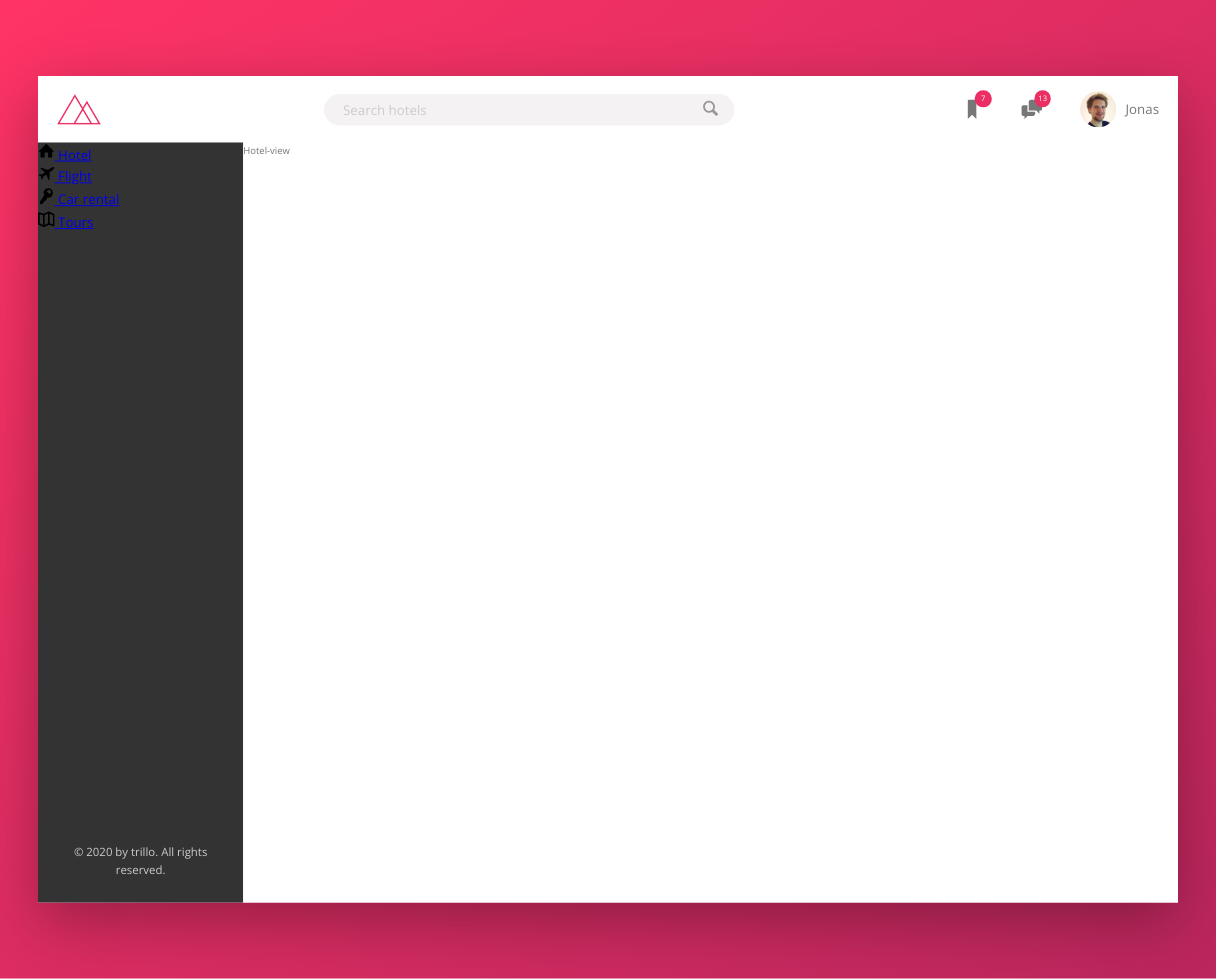
Repository: Lithium87/Trillo
Page: index.html
These files come from the project's save history. The page is drawn as it stood at one moment and after the next save; the edit follows.
The browser window is 1280 px wide. The pictures show the whole page, at 95% of full size.
The style sheet was rebuilt from its Sass, Less or Tailwind sources for each picture, by a compiler version that may differ from the author's.

Above is the page before, as saved 2020-05-16 00:06:29.

### index.html
<!DOCTYPE html>
<html lang="en">

<head>
    <meta charset="UTF-8">
    <meta name="viewport" content="width=device-width, initial-scale=1.0">

    <link href="https://fonts.googleapis.com/css?family=Open+Sans:300,400,600" rel="stylesheet">
    <link rel="stylesheet" href="css/style.css">
    <link rel="shortcut icon" type="image/png" href="img/favicon.png">

    <title>trillo &mdash; Your all-in-one booking app</title>
</head>

<body>
    <div class="container">
        <header class="header">
            <img src="img/logo.png" alt="Trillo logo" class="logo">
            <form action="#" class="search">
                <input type="text" class="search__input" placeholder="Search hotels">
                <button class="search__button">
                    <svg class="search__icon">
                        <use xlink:href="img/sprite.svg#icon-magnifying-glass"></use>
                    </svg>
                </button>
            </form>

            <nav class="user-nav">
                <div class="user-nav__icon-box">
                    <svg class="user-nav__icon">
                        <use xlink:href="img/sprite.svg#icon-bookmark"></use>
                    </svg>
                    <span class="user-nav__notification">7</span>
                </div>
                <div class="user-nav__icon-box">
                    <svg class="user-nav__icon">
                        <use xlink:href="img/sprite.svg#icon-chat"></use>
                    </svg>
                    <span class="user-nav__notification">13</span>
                </div>
                <div class="user-nav__user">
                    <img src="img/user.jpg" alt="User photo" class="user-nav__user-photo">
                    <span class="user-nav__user-name">Jonas</span>
                </div>
            </nav>
        </header>
        <div class="content">
            <nav class="sidebar">
                <ul class="side-nav">
                    <li class="side-nav__item">
                        <a href="#" class="side-nav__link">
                            <svg class="side-nav__icon">
                                <use xlink:href="img/stripe.svg#icon-home"></use>
                            </svg>
                            <span>Hotel</span>
                        </a>
                    </li>
                    <li class="side-nav__item">
                        <a href="#" class="side-nav__link">
                            <svg class="side-nav__icon">
                                <use xlink:href="img/stripe.svg#icon-aircraft"></use>
                            </svg>
                            <span>Flight</span>
                        </a>
                    </li>
                    <li class="side-nav__item">
                        <a href="#" class="side-nav__link">
                            <svg class="side-nav__icon">
                                <use xlink:href="img/stripe.svg#icon-key"></use>
                            </svg>
                            <span>Car rental</span>
                        </a>
                    </li>
                    <li class="side-nav__item">
                        <a href="#" class="side-nav__link">
                            <svg class="side-nav__icon">
                                <use xlink:href="img/stripe.svg#icon-map"></use>
                            </svg>
                            <span>Tours</span>
                        </a>
                    </li>
                </ul>
                <div class="legal">
                    &copy; 2020 by trillo. All rights reserved.
                </div>
            </nav>
            <main class="hotel-view">
                Hotel-view
            </main>
        </div>
    </div>
</body>

</html>

### sass/_base.scss
:root {
    --color-primary: #eb2f64;
    --color-primary-light: #FF3366;
    --color-primary-dark: #BA265D;
    --color-grey-light-1: #faf9f9;
    --color-grey-light-2: #f4f2f2;
    --color-grey-light-3: #f0eeee;
    --color-grey-light-4: #ccc;
    --color-grey-dark-1: #333;
    --color-grey-dark-2: #777;
    --color-grey-dark-3: #999;
    --shadow-dark: 0 2rem 6rem rgba(0, 0, 0, .3);
}

* {
    margin: 0;
    padding: 0;
}

*,
*::before,
*::after {
    box-sizing: inherit;
}

html {
    box-sizing: border-box;
    font-size: 62.5%; // 1rem = 10px
}

body {
    font-family: 'Open Sans', sans-serif;
    font-weight: 400;
    line-height: 1.6;
    color: var(--color-grey-dark-2);
    background-image: linear-gradient(to right bottom, var(--color-primary-light), var(--color-primary-dark));
    background-size: cover;
    background-repeat: no-repeat;
    min-height: 100vh;
}

### sass/_layout.scss
.container {
    max-width: 120rem;
    margin: 8rem auto;
    background-color: var(--color-grey-light-1);
    box-shadow: var(--shadow-dark);
    min-height: 50rem;
}

.header {
    font-size: 1.4rem;
    height: 7rem;
    background-color: #fff;
    border-bottom: var(--color-grey-light-2);
    display: flex;
    justify-content: space-between;
    align-items: center;
}

.content {
    display: flex;
}

.sidebar {
    background-color: var(--color-grey-dark-1);
    flex: 0 0 18%;
    display: flex;
    flex-direction: column;
    justify-content: space-between;
}

.hotel-view {
    background-color: #fff;
    flex: 1;
    height: 80rem;
}

### sass/_components.scss
///////////////////////
//LOGO
.logo {
    height: 3.25rem;
    margin-left: 2rem;
}

///////////////////////
//SEARCH BOX
.search {
    flex: 0 0 40%;
    display: flex;
    align-items: center;
    justify-content: center;
    &__input {
        font-family: inherit;
        font-size: inherit;
        color: inherit;
        background-color: var(--color-grey-light-2);
        border: none;
        padding: .7rem 2rem;
        border-radius: 100px;
        width: 90%;
        transition: all .2s;
        margin-right: -3.5rem;
        &:focus {
            outline: none;
            width: 100%;
            background-color: var(--color-grey-light-3);
        }
        &::-webkit-input-placeholder {
            font-weight: 100;
            color: var(--color-grey-light-4);
        }
    }
    &__input:focus+&__button {
        background-color: var(--color-grey-light-3);
    }
    &__button {
        border: none;
        background-color: var(--color-grey-light-2);
        &:focus {
            outline: none;
        }
        &:active {
            transform: translateY(2px);
        }
    }
    &__icon {
        height: 2rem;
        width: 2rem;
        fill: var(--color-grey-dark-3);
    }
}

///////////////////////
//USER NAVIGATION
.user-nav {
    align-self: stretch;
    display: flex;
    align-items: center;
    &>* {
        padding: 0 2rem;
        cursor: pointer;
        height: 100%;
        display: flex;
        align-items: center;
    }
    &>*:hover {
        background-color: var(--color-grey-light-2);
    }
    &__icon-box {
        position: relative;
    }
    &__icon {
        height: 2.25rem;
        width: 2.25rem;
        fill: var(--color-grey-dark-2);
    }
    &__notification {
        font-size: .8rem;
        height: 1.75rem;
        width: 1.75rem;
        border-radius: 50%;
        background-color: var(--color-primary);
        color: #fff;
        position: absolute;
        top: 1.5rem;
        right: 1.1rem;
        display: flex;
        justify-content: center;
        align-items: center;
    }
    &__user-photo {
        height: 3.75rem;
        border-radius: 50%;
        margin-right: 1rem;
    }
}

///////////////////////
//SIDE NAVIGATION
.side-nav {
    font-size: 1.4rem;
    list-style: none;
    &__item {}
    &__link {}
    &__icon {
        width: 1.75rem;
        height: 1.75rem;
    }
}

///////////////////////
//LEGAL TEXT
.legal {
    font-size: 1.2rem;
    color: var(--color-grey-light-4);
    text-align: center;
    padding: 2.5rem;
}

Loaded but not shown: sass/main.scss (common file)

After the next save:
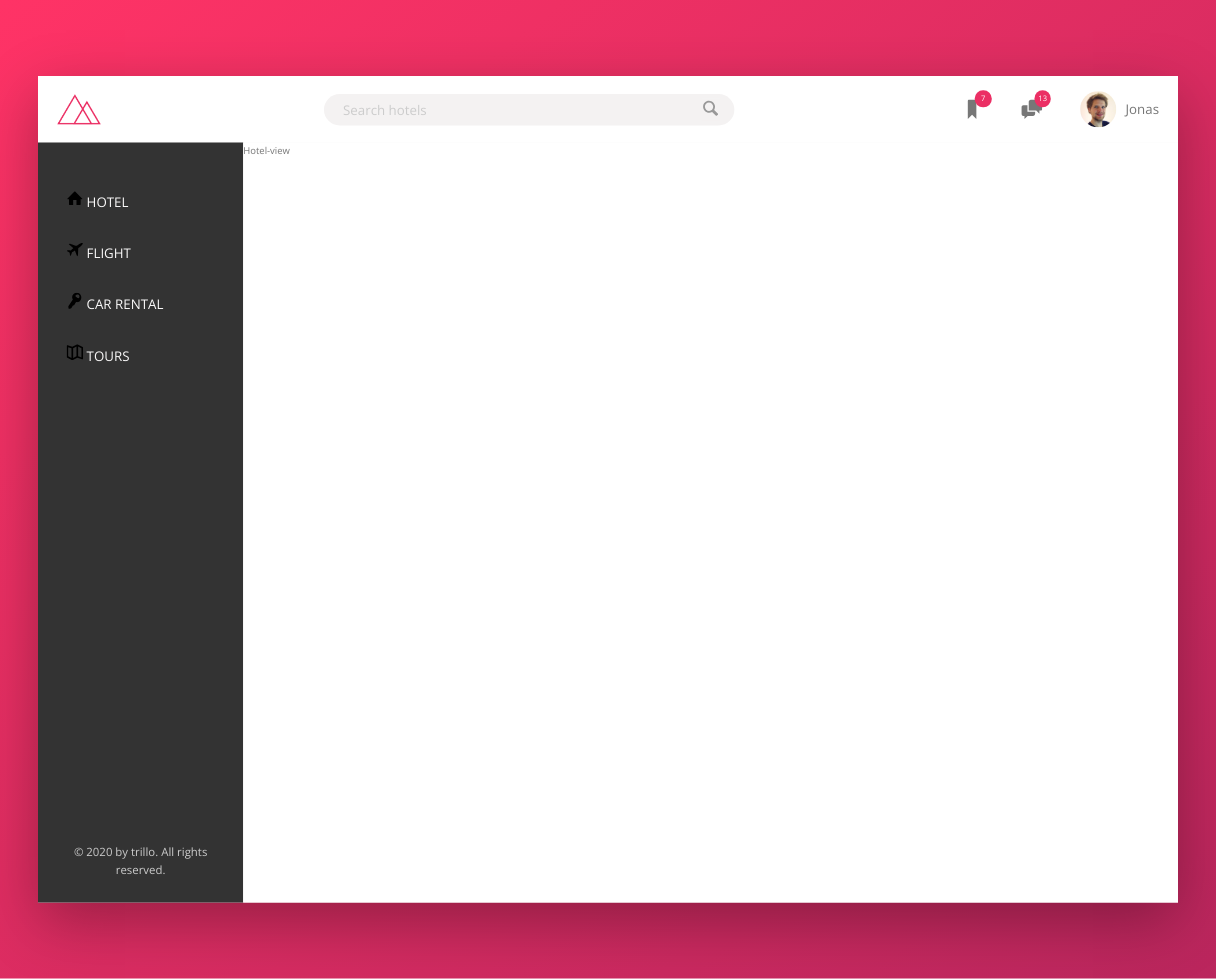
Saved 3 min 37 s later.
--- a/sass/_components.scss
+++ b/sass/_components.scss
@@ -103,8 +103,16 @@
 .side-nav {
     font-size: 1.4rem;
     list-style: none;
+    margin-top: 3.5rem;
     &__item {}
-    &__link {}
+    &__link:link,
+    &__link:visited {
+        color: var(--color-grey-light-1);
+        text-decoration: none;
+        text-transform: uppercase;
+        display: block;
+        padding: 1.5rem 3rem;
+    }
     &__icon {
         width: 1.75rem;
         height: 1.75rem;
